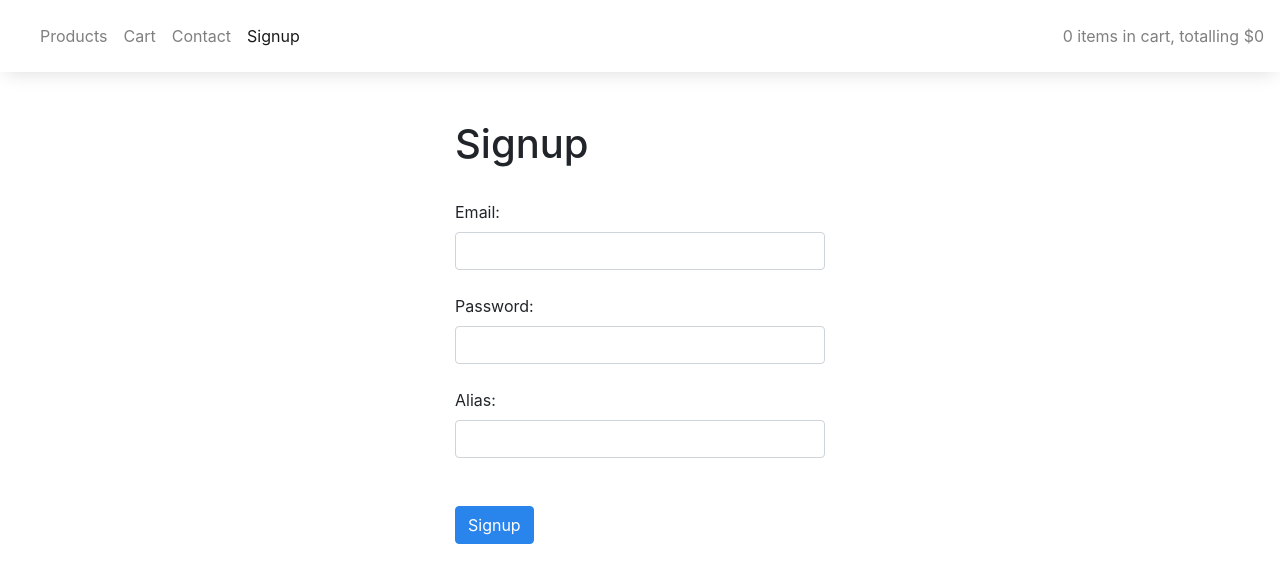
Repository: dayrim/wavecraft
Page: /signup
An editor plug-in stored every save of this project. The page is shown before and after the next save, followed by the edit.
The browser window is 1280 px wide. The pictures show the whole page.
The project was rebuilt for these pictures with package versions that can differ from the ones it lists, and the page was loaded fresh each time. Also part of the build but not shown: vue.config.js.

Above is the page before, as saved 2019-04-22 16:24:59.

### public/index.html
<!DOCTYPE html>
<html lang="en">
  <head>
    <meta charset="utf-8">
    <meta http-equiv="X-UA-Compatible" content="IE=edge">
    <meta name="viewport" content="width=device-width,initial-scale=1.0">
    <link rel="icon" href="<%= BASE_URL %>favicon.ico">
    <title>wavecraft-reset</title>
  </head>
  <body>
    <noscript>
      <strong>We're sorry but wavecraft-reset doesn't work properly without JavaScript enabled. Please enable it to continue.</strong>
    </noscript>
    <div id="app"></div>
    <!-- built files will be auto injected -->


  </body>
</html>

### src/main.js
import Vue from "vue";
import App from "./App.vue";
import router from "./router";
import store from "./store";
import BootstrapVue from "bootstrap-vue";

Vue.config.productionTip = false;
Vue.use(BootstrapVue);
Vue.filter("currency", function(value) {
  let formatter = new Intl.NumberFormat("en-US", {
    style: "currency",
    currency: "USD",
    minimumFractionDigits: 0,
  });

  return formatter.format(value);
});

new Vue({
  router,
  store,
  render: h => h(App),
}).$mount("#app");

### src/App.vue
<template>
  <div id="app" :class="{ ready: isPageReady }">
    <b-navbar class="mainNavbar" sticky toggleable="lg" variant="light">
      <b-navbar-brand to="/"></b-navbar-brand>

      <b-navbar-toggle target="nav-collapse"></b-navbar-toggle>

      <b-collapse id="nav-collapse" is-nav>
        <b-navbar-nav>
          <b-nav-item exact active-class="active" to="/">Products</b-nav-item>
          <b-nav-item exact active-class="active" to="/cart">Cart</b-nav-item>
          <b-nav-item exact active-class="active" to="/contact">Contact</b-nav-item>
          <b-nav-item exact active-class="active" to="/signup">Signup</b-nav-item>
        </b-navbar-nav>

        <!-- Right aligned nav items -->
        <b-navbar-nav class="ml-auto">
          <b-nav-text>
            <div class="navbar-text">
              {{ cart.items.length }}
              <span v-if="cart.items.length == 1">item</span><span v-else>items</span> in cart,
              totalling {{ cartTotal | currency }}
            </div></b-nav-text
          >
        </b-navbar-nav>
      </b-collapse>
    </b-navbar>
    <transition name="route" mode="out-in">
      <router-view name="discount"> </router-view>
    </transition>
    <b-container>
      <b-row>
        <b-col>
          <br /><br />
          <transition name="route" mode="out-in">
            <router-view></router-view>
          </transition>
        </b-col>
      </b-row>
    </b-container>
  </div>
</template>

<script>
export default {
  data() {
    return {
      isPageReady: false,
    };
  },
  computed: {
    cart() {
      return this.$store.state.cart;
    },
    cartTotal() {
      return this.$store.getters["cart/cartTotal"];
    },
  },
  mounted: function() {
    this.$nextTick(function() {
      setTimeout(() => {
        this.isPageReady = true;
      }, 0);
    });
  },
};
</script>

<style lang="scss">
.mainNavbar {
  box-shadow: 0px 5px 20px -5px rgba(0, 0, 0, 0.15);
}
.flex {
  display: flex;
}
.flex.flex-column {
  flex-direction: column;
}
.flex.flex-row {
  flex-direction: row;
}
.flex.justify-center {
  justify-content: center;
}
.flex.justify-left {
  justify-content: flex-start;
}
.flex.justify-right {
  justify-content: flex-end;
}
.flex.align-center {
  align-items: center;
}
.flex.align-left {
  align-items: flex-start;
}
.flex.align-right {
  align-items: flex-end;
}
/* Navigation */
.navbar .stats {
  margin-top: 15px;
}
ul {
  list-style: none;
}
.btn {
  margin-right: 20px;
}
input[type="radio"] + label,
input[type="checkbox"] + label {
  font-weight: normal;
}

#app {
  opacity: 0;
  transition: opacity 1s ease;
}

#app.ready {
  opacity: 1;
}

.route-enter-active,
.route-leave-active {
  transition: opacity 0.15s ease;
}

.route-enter,
.route-leave-to {
  opacity: 0;
}
</style>

### src/router/index.js
import Vue from "vue";
import Router from "vue-router";
import routes from "./routes";
Vue.use(Router);

export default new Router({
  mode: "history",
  base: process.env.BASE_URL,
  routes,
});

### src/store/index.js
import Vue from "vue";
import Vuex from "vuex";
import cart from "./modules/cart";

Vue.use(Vuex);

export default new Vuex.Store({
  /**
   * Assign the modules to the store.
   */
  modules: {
    cart,
  },
});

### src/assets/common.scss
@import "node_modules/bootstrap/scss/functions";
@import "node_modules/bootstrap/scss/variables";

$primary-color: #2984ec;
$secondary-color: #601cb9;
$tertiary-color: #222d30;
$default-color: #e9e9e9;
$light-color: #ffffff;
$accent-color: #f0081b;
$warning-color: #f09308;



$red: #dc3545;
$yellow: #ffc107;
$green: #006600; // This is the only variable I wanted to change
$cyan: #17a2b8;

$theme-colors: (
  primary: $primary-color,
  secondary: $tertiary-color,
  success: $secondary-color,
  info: $primary-color,
  warning: $warning-color,
  danger: $accent-color,
  light: $light-color,
  dark: $tertiary-color
);

@import 'node_modules/bootstrap/scss/bootstrap';
@import 'node_modules/bootstrap-vue/src/index.scss';

### src/router/routes.js
const routes = [
  {
    path: "",
    components: {
      default: () => import(/* webpackChunkName: "ProductList" */ "@/components/ProductList.vue"),
      discount: () =>
        import(/* webpackChunkName: "SpecialOffer" */ "@/components/SpecialOffer.vue"),
    },
  },
  {
    path: "/cart",
    component: () => import(/* webpackChunkName: "Cart" */ "@/components/Cart.vue"),
    alias: "/shopping-cart",
  },
  {
    path: "/signup",
    component: () => import(/* webpackChunkName: "Singup" */ "@/components/Signup.vue"),
    alias: "/sign-up",
  },
  {
    path: "/product/:productId",
    props: true,
    name: "Product",
    component: () => import(/* webpackChunkName: "Product" */ "@/components/Product.vue"),
    children: [
      {
        path: "details",
        name: "ViewProduct",
        props: true,
        component: () =>
          import(/* webpackChunkName: "ViewProduct" */ "@/components/ViewProduct.vue"),
      },
      {
        path: "reviews",
        name: "ProductReviews",
        props: true,
        component: () =>
          import(/* webpackChunkName: "ProductReviews" */ "@/components/ProductReviews.vue"),
      },
    ],
  },

  {
    path: "/contact",
    component: () => import(/* webpackChunkName: "Contact" */ "@/components/Contact.vue"),
  },
  {
    path: "/*",
    component: () => import(/* webpackChunkName: "PageNotFound" */ "@/components/PageNotFound.vue"),
  },
];

export default routes;

### src/store/modules/cart/index.js
import actions from "./actions";
import getters from "./getters";
import mutations from "./mutations";
import state from "./state";

export default {
  namespaced: true,
  actions,
  getters,
  mutations,
  state,
};

### src/components/Signup.vue
<template>
  <b-container class="signup">
    <h1>Signup</h1>
    <br />
    <label for="email">Email:</label>
    <b-form-input id="email" type="text"></b-form-input>
    <br />
    <label for="password">Password:</label>
    <b-form-input id="password" type="text"></b-form-input>
    <br />
    <label for="alias">Alias:</label>
    <b-form-input id="alias" type="text"></b-form-input>
    <br />
    <br />
    <b-button class="signup-btn" variant="primary">Signup</b-button>
  </b-container>
</template>

<script>
export default {
  data() {
    return {};
  },
};
</script>

<style lang="scss">
.signup {
  max-width: 400px;
}
</style>

### src/store/modules/cart/actions.js
import * as Mutate from "./mutation-types";

export const addProductToCart = ({ commit, getters }, payload) => {
  let cartItem = getters.getCartItem(payload.product);
  payload.cartItem = cartItem;

  if (cartItem == null) {
    payload.cartItem = getters.getCartItem(payload.product);
    commit(Mutate.ADD_PRODUCT_TO_CART, payload);
  } else {
    commit(Mutate.INCREASE_PRODUCT_QUANTITY, payload);
  }
};

export const checkout = ({ commit }) => {
  commit(Mutate.CHECKOUT);
};

export default {
  addProductToCart,
  checkout,
};

### src/store/modules/cart/getters.js
export default {
  cartTotal: state => {
    let total = 0;

    state.items.forEach(function(item) {
      total += item.product.price * item.quantity;
    });
    return total;
  },
  getCartItem: state => product => {
    for (let i = 0; i < state.items.length; i++) {
      if (state.items[i].product.id === product.id) {
        return state.items[i];
      }
    }
    return null;
  },
  taxAmount: (state, getters) => percentage => (getters.cartTotal * percentage) / 100,
};

### src/store/modules/cart/mutations.js
import { CHECKOUT, ADD_PRODUCT_TO_CART, INCREASE_PRODUCT_QUANTITY } from "./mutation-types";

export default {
  [CHECKOUT](state) {
    state.items.forEach(function(item) {
      item.product.inStock += item.quantity;
    });

    state.items = [];
  },
  [ADD_PRODUCT_TO_CART]: (state, payload) => {
    state.items.push({
      product: payload.product,
      quantity: payload.quantity,
    });

    payload.product.inStock -= payload.quantity;
  },
  [INCREASE_PRODUCT_QUANTITY]: (state, payload) => {
    payload.cartItem.quantity += payload.quantity;
    payload.product.inStock -= payload.quantity;
  },
};

### src/store/modules/cart/state.js
export default {
  items: [],
};

### src/store/modules/cart/mutation-types.js
export const ADD_PRODUCT_TO_CART = "addProductToCart";
export const CHECKOUT = "checkout";
export const INCREASE_PRODUCT_QUANTITY = "increaseQuantity";

export default {
  ADD_PRODUCT_TO_CART,
  CHECKOUT,
  INCREASE_PRODUCT_QUANTITY,
};

After the next save:
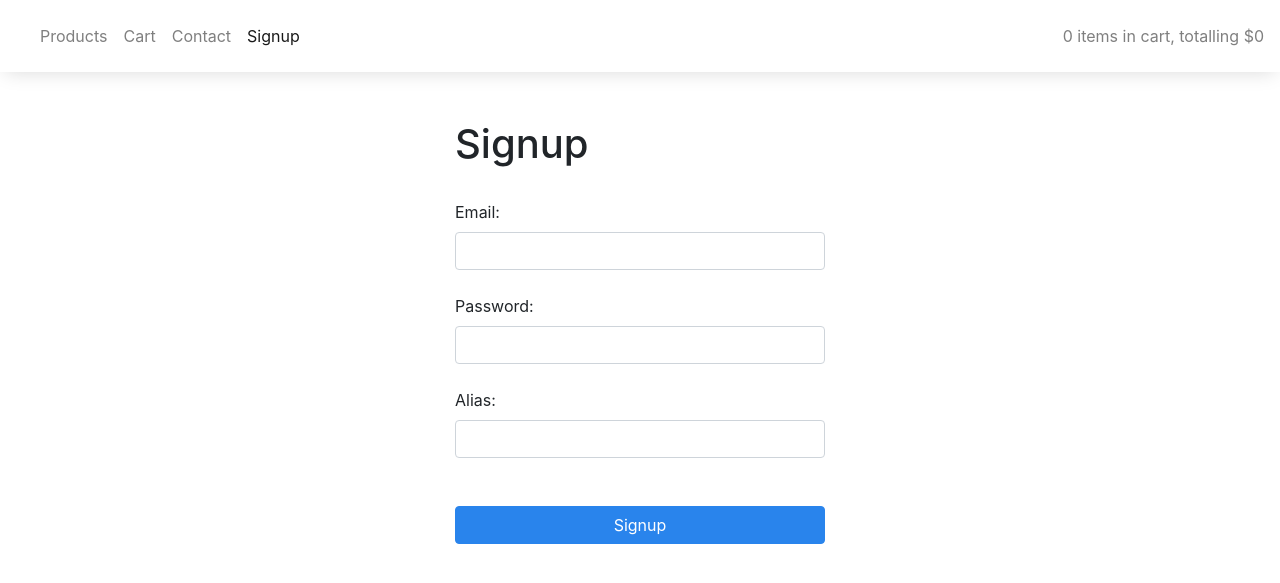
Saved 12 s later.
--- a/src/components/Signup.vue
+++ b/src/components/Signup.vue
@@ -28,4 +28,7 @@ export default {
 .signup {
   max-width: 400px;
 }
+.signup-btn {
+  width: 100%;
+}
 </style>
